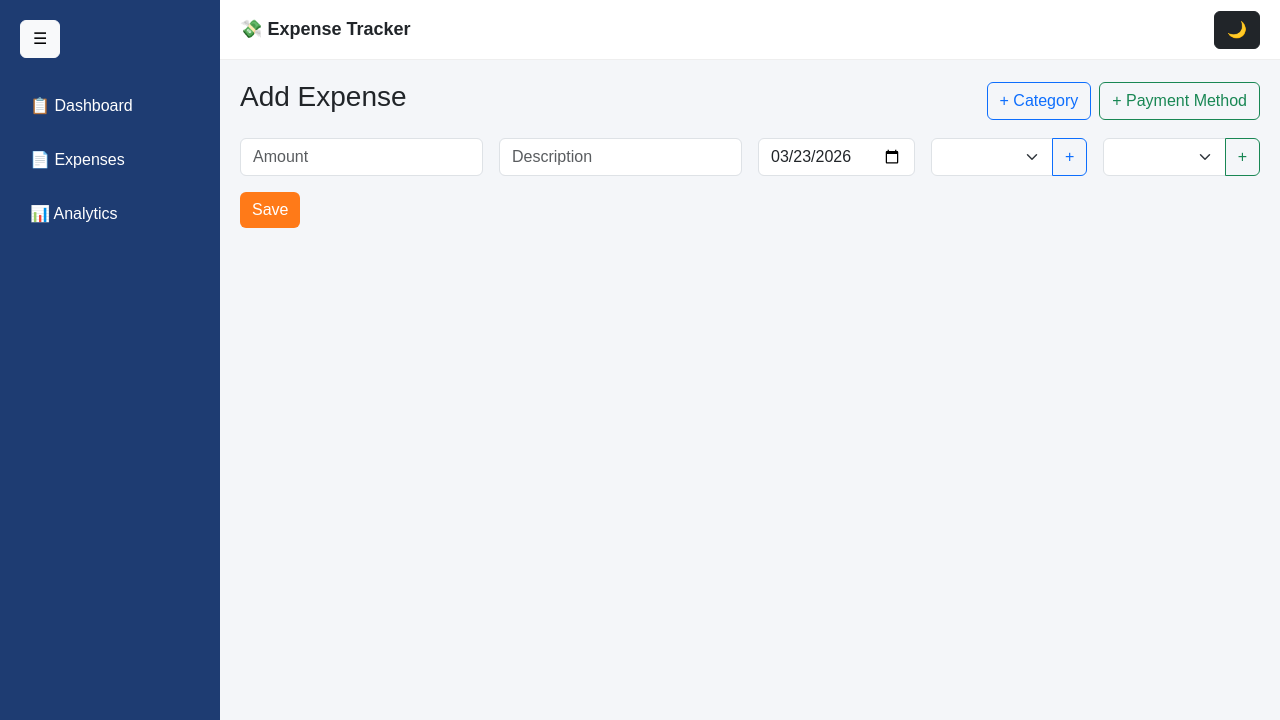
Repository: TejasChoudhary1996/expense-microservices
Page: http://localhost/ui-service/WEB-INF/jsp/pages/dashboard.jsp
These files come from the project's save history. The page is drawn as it stood at one moment and after the next save; the edit follows.
The browser window is 1280 px wide. The pictures show the whole page.
The page is served by Tomcat 10. Nobody is signed in. Other server files are loaded and not shown. The template is opened directly, without the code that normally fills it, so the values that code supplies are empty.

Above is the page before, as saved 2026-03-27 20:47:53.

### ui-service/src/main/webapp/WEB-INF/jsp/pages/dashboard.jsp
<%@ page contentType="text/html; charset=UTF-8" pageEncoding="UTF-8"%>
<%@ include file="../layout/header.jsp" %>
<%@ include file="../layout/sidebar.jsp" %>

<div class="content">

<div class="d-flex justify-content-between align-items-center mb-3">
    <h3>Add Expense</h3>

    <div class="d-flex gap-2">
        <!-- Open Category Modal -->
        <button class="btn btn-outline-primary" data-bs-toggle="modal" data-bs-target="#categoryModal">
            + Category
        </button>

        <!-- Open Payment Method Modal -->
        <button class="btn btn-outline-success" data-bs-toggle="modal" data-bs-target="#paymentModal">
            + Payment Method
        </button>
    </div>
</div>

<form action="save" method="post" class="row g-3">

<div class="col-md-3">
<input name="amount" placeholder="Amount"  class="form-control" required>
</div>

<div class="col-md-3">
<input name="description" placeholder="Description" class="form-control" required>
</div>

<div class="col-md-2">
<input type="date" name="date" value="<%= java.time.LocalDate.now() %>" class="form-control" required>
</div>

<div class="col-md-2">
<div class="input-group">
<select name="category" class="form-select" required>
<c:forEach var="c" items="${categories}">
<option>${c.name}</option>
</c:forEach>
</select>
<button type="button" class="btn btn-outline-primary" data-bs-toggle="modal" data-bs-target="#categoryModal">+</button>
</div>
</div>

<div class="col-md-2">
<div class="input-group">
<select name="paymentMethod" class="form-select" required>
<c:forEach var="p" items="${payments}">
<option>${p.name}</option>
</c:forEach>
</select>
<button type="button" class="btn btn-outline-success" data-bs-toggle="modal" data-bs-target="#paymentModal">+</button>
</div>
</div>

<div class="col-12">
<button class="btn btn-primary">Save</button>
</div>

</form>

</div>

<!-- ================= CATEGORY MODAL ================= -->
<div class="modal fade" id="categoryModal" tabindex="-1">
    <div class="modal-dialog">
        <div class="modal-content">

            <form action="/addCategory" method="post">

                <div class="modal-header">
                    <h5 class="modal-title">Add Category</h5>
                    <button type="button" class="btn-close" data-bs-dismiss="modal"></button>
                </div>

                <div class="modal-body">

                    <div class="mb-3">
                        <label class="form-label">Category Name</label>
                        <input type="text" name="name" class="form-control" required>
                    </div>

                    <div class="mb-3">
                        <label class="form-label">Type</label>
                        <select name="type" class="form-select">
                            <option value="EXPENSE">Expense</option>
                            <option value="SAVING">Saving</option>
                        </select>
                    </div>

                </div>

                <div class="modal-footer">
                    <button type="button" class="btn btn-secondary" data-bs-dismiss="modal">Cancel</button>
                    <button type="submit" class="btn btn-primary">Add Category</button>
                </div>

            </form>

        </div>
    </div>
</div>

<!-- ================= PAYMENT METHOD MODAL ================= -->
<div class="modal fade" id="paymentModal" tabindex="-1">
    <div class="modal-dialog">
        <div class="modal-content">

            <form action="/addPaymentMethod" method="post">

                <div class="modal-header">
                    <h5 class="modal-title">Add Payment Method</h5>
                    <button type="button" class="btn-close" data-bs-dismiss="modal"></button>
                </div>

                <div class="modal-body">

                    <div class="mb-3">
                        <label class="form-label">Method Name</label>
                        <input type="text" name="name" class="form-control" required>
                    </div>

                    <div class="mb-3">
                        <label class="form-label">Type</label>
                        <select name="type" class="form-select">
                            <option value="CASH">Cash</option>
                            <option value="DEBIT">Debit</option>
                            <option value="CREDIT">Credit</option>
                        </select>
                    </div>

                </div>

                <div class="modal-footer">
                    <button type="button" class="btn btn-secondary" data-bs-dismiss="modal">Cancel</button>
                    <button type="submit" class="btn btn-success">Add Method</button>
                </div>

            </form>

        </div>
    </div>
</div>

</body>
</html>

### ui-service/src/main/webapp/WEB-INF/jsp/layout/header.jsp
<%@ page contentType="text/html; charset=UTF-8" pageEncoding="UTF-8"%>

<!DOCTYPE html>
<html>
<head>

<meta charset="UTF-8">
<meta name="viewport" content="width=device-width, initial-scale=1">

<title>Expense Tracker</title>

<link href="https://cdn.jsdelivr.net/npm/bootstrap@5.3.0/dist/css/bootstrap.min.css" rel="stylesheet">
<script src="https://cdn.jsdelivr.net/npm/chart.js"></script>
<script src="https://cdn.jsdelivr.net/npm/bootstrap@5.3.0/dist/js/bootstrap.bundle.min.js"></script>
<%@ taglib prefix="c" uri="jakarta.tags.core"%>

<style>
body {
    margin: 0;
    font-family: 'Poppins', sans-serif;
    background: #f4f6f9;
}

/* ===== SIDEBAR ===== */
.sidebar {
    width: 220px;
    height: 100vh;
    background: #1e3c72;
    color: white;
    position: fixed;
    top: 0;
    left: 0;
    padding: 20px;
}

/* ===== HEADER ===== */
.header {
    position: fixed;
    top: 0;
    left: 220px;
    right: 0;
    height: 60px;
    background: white;
    display: flex;
    align-items: center;
    justify-content: space-between;
    padding: 0 20px;
    border-bottom: 1px solid #eee;
    z-index: 1000;
}

/* Header title modern look */
.header h5 {
    margin: 0;
    font-weight: 600;
    font-size: 18px;
}

/* ===== CONTENT ===== */
.content {
    margin-left: 220px;
    margin-top: 60px;
    padding: 20px;
}

/* ===== CARD ===== */
.card-box {
    background: white;
    padding: 20px;
    border-radius: 10px;
    margin-bottom: 20px;
}

/* ===== BUTTON ===== */
.btn-primary {
    background: #ff7a18;
    border: none;
}

/* ===== SIDEBAR LINKS ===== */
.sidebar a {
    display: block;
    padding: 10px;
    margin: 10px 0;
    color: white;
    text-decoration: none;
    border-radius: 8px;
}

.sidebar a:hover {
    background: rgba(255,255,255,0.1);
}

.sidebar a.active {
    background: #ff7a18;
}

/* ===== COLLAPSE ===== */
.sidebar.collapsed {
    width: 70px;
}

.sidebar.collapsed span {
    display: none;
}

.content.expanded {
    margin-left: 70px;
}

.header.expanded {
    left: 70px;
}

/* ===== DARK MODE ===== */
body.dark {
    background: #121212;
    color: white;
}

/* FIX HEADER IN DARK MODE */
body.dark .header {
    background: #1e1e1e;
    color: white;
    border-bottom: 1px solid #333;
}

body.dark .card-box {
    background: #1e1e1e;
}

body.dark .sidebar {
    background: #000;
}

body.dark input,
body.dark select {
    background: #2c2c2c;
    color: white;
    border: none;
}

/* Inputs fix */
body.dark input::placeholder {
    color: #aaa;
}

canvas {
    max-height: 300px !important;
}
</style>

<script>

function toggleSidebar() {
    const sidebar = document.getElementById("sidebar");
    const content = document.querySelector(".content");
    const header = document.querySelector(".header");

    if (!sidebar || !content || !header) return;

    sidebar.classList.toggle("collapsed");
    content.classList.toggle("expanded");
    header.classList.toggle("expanded");
}

function toggleTheme() {
    document.body.classList.toggle("dark");
}
</script>
</script>

</head>

<body>


<!-- ===== HEADER ===== -->
<div class="header">
    <h5>💸 Expense Tracker</h5>
    <button onclick="toggleTheme()" class="btn btn-dark">🌙</button>
</div>

### ui-service/src/main/webapp/WEB-INF/jsp/layout/sidebar.jsp
<%@ page contentType="text/html; charset=UTF-8" pageEncoding="UTF-8"%>

<div class="sidebar" id="sidebar">

    <button onclick="toggleSidebar()" class="btn btn-light mb-3">☰</button>

  <a href="/" class="menu-item ${page == 'dashboard' ? 'active' : ''}">
        📋 <span>Dashboard</span>
    </a>

    <a href="/expenses" class="menu-item ${page == 'expenses' ? 'active' : ''}">
        📄 <span>Expenses</span>
    </a>

    <a href="/analytics" class="menu-item ${page == 'analytics' ? 'active' : ''}">
        📊 <span>Analytics</span>
    </a>

</div>

After the next save:
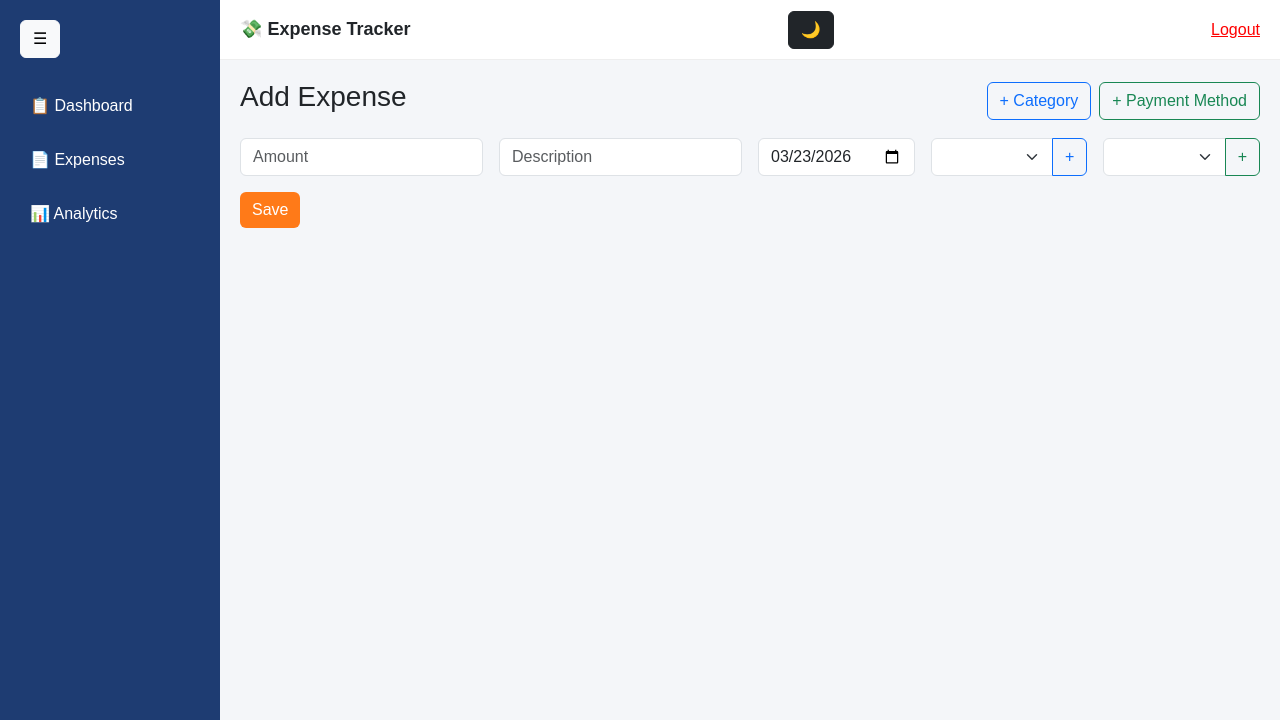
Saved 86 s later.
--- a/ui-service/src/main/webapp/WEB-INF/jsp/layout/header.jsp
+++ b/ui-service/src/main/webapp/WEB-INF/jsp/layout/header.jsp
@@ -179,4 +179,5 @@ function toggleTheme() {
 <div class="header">
     <h5>💸 Expense Tracker</h5>
     <button onclick="toggleTheme()" class="btn btn-dark">🌙</button>
+    <a href="/logout" style="color:red;">Logout</a>
 </div>
